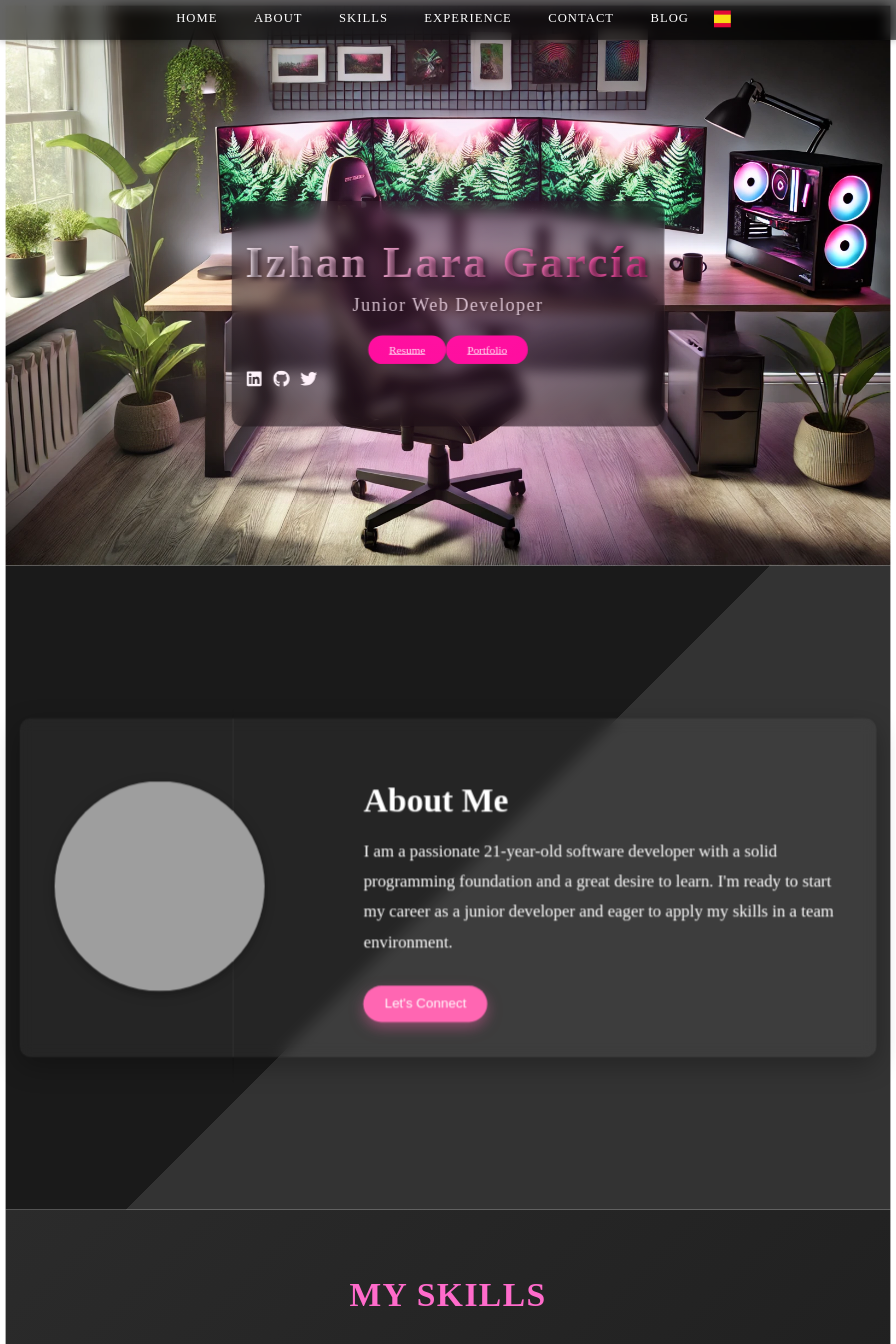
Repository: izhanlaraagarcia/izhanlaraagarcia.github.io
Page: / (app in vite-project/)
An editor plug-in stored every save of this project. The page is shown before and after the next save, followed by the edit.
The browser window is 1280 px wide. The pictures show the part of the page from y = 0 to 1920 px (the page is 3164 px tall), at 70% of full size.
Pictures or frames that could not be fetched are drawn as grey boxes. The project was rebuilt for these pictures with package versions that can differ from the ones it lists, and the page was loaded fresh each time. Also part of the build but not shown: vite-project/vite.config.js.

Above is the page before, as saved 2024-09-18 13:01:13.

### vite-project/index.html
<!doctype html>
<html lang="en">

<head>
  <meta charset="UTF-8" />
  <link rel="shortcut icon" href="./public/favicon.ico" type="image/x-icon">
  <meta name="viewport" content="width=device-width, initial-scale=1.0" />
  <title>IzzyLG</title>
</head>

<body>
  <div id="root"></div>
  <script type="module" src="/src/main.jsx"></script>
</body>

</html>

### vite-project/src/App.jsx
// App.js
import React, { useState } from 'react';
import HeaderComponent from './components/HeaderComponent';

function App() {
  const [language, setLanguage] = useState('en');

  const toggleLanguage = () => {
    setLanguage(prevLang => (prevLang === 'en' ? 'es' : 'en'));
  };
  return (
    <div className="App">
      <HeaderComponent onLanguageToggle={toggleLanguage} />
    </div>
  );
}

export default App;

### vite-project/src/index.css
/* Estilos para el menú de navegación minimalista */
.nav {
  position: fixed;
  top: 0;
  width: 100%;
  background-color: rgba(0, 0, 0, 0.6); /* Fondo semitransparente */
  z-index: 1000;
  display: flex;
  justify-content: center;
  padding: 15px 0; /* Aumenta el padding para mayor espacio */
  box-shadow: 0 2px 10px rgba(0, 0, 0, 0.3); /* Sombra para mayor profundidad */
  backdrop-filter: blur(10px); /* Desenfoque de fondo */
  transition: background-color 0.3s ease; /* Transición para el fondo */
}

/* Lista de navegación */
.nav-list {
  display: flex;
  gap: 20px; /* Espacio entre los elementos */
  list-style: none;
  margin: 0;
  padding: 0;
}

/* Elementos del menú */
.nav-list li {
  font-size: 18px;
  text-transform: uppercase;
  font-weight: 500;
  letter-spacing: 1.5px;
}

/* Enlaces del menú */
.nav-list a {
  color: white;
  text-decoration: none;
  padding: 8px 16px;
  border-radius: 25px; /* Bordes redondeados */
  transition: background-color 0.3s, color 0.3s, transform 0.3s; /* Transiciones suaves */
  position: relative;
}

/* Efecto hover minimalista */
.nav-list a:hover {
  background-color: #f09; /* Color de fondo al pasar el ratón */
  color: white;
  transform: translateY(-3px); /* Movimiento sutil al hacer hover */
  box-shadow: 0 5px 15px rgba(240, 9, 123, 0.4); /* Sombra al hacer hover */
}

/* Botón de cambio de idioma minimalista */
.lang-btn-wrapper {
  display: flex;
  align-items: center;
}

.lang-btn {
  background-color: transparent;
  border: none;
  cursor: pointer;
  padding: 0;
}

.flag-icon {
  width: 24px;
  height: 24px;
  transition: transform 0.3s, opacity 0.3s;
}

.lang-btn:hover .flag-icon {
  transform: scale(1.1);
  opacity: 0.8;
}

/* Efecto de aparición al hacer scroll */
.nav.scrolled {
  background-color: rgba(0, 0, 0, 0.9); /* Color más oscuro al hacer scroll */
  box-shadow: 0 4px 15px rgba(0, 0, 0, 0.5); /* Mayor sombra al hacer scroll */
}

/* Contenido principal del header */
.header {
  height: 100vh;
  background-image: url('./assets/fondo1.webp');
  background-size: cover;
  background-position: center;
  display: flex;
  flex-direction: column;
  align-items: center;
  justify-content: center;
  color: white;
  position: relative;
  padding-top: 80px; /* Deja espacio para el menú fijo */
}
/* Contenido principal del header */
.header-content {
  backdrop-filter: blur(10px); /* Ajusta el valor del desenfoque */
  background-color: rgba(0, 0, 0, 0.5); /* Color de fondo con transparencia */
  padding: 20px;
  border-radius: 15px; /* Opcional: bordes redondeados */
  text-align: center;
  padding: 50px 20px;
}

.header-title {
  font-size: 64px;
  margin: 0;
  font-weight: 800;
  letter-spacing: 4px;
  text-shadow: 3px 3px 8px rgba(0, 0, 0, 0.7);
  color: #fff;
  background: linear-gradient(90deg, #ffffff, #fa3c9b);
  -webkit-background-clip: text;
  -webkit-text-fill-color: transparent;
}

.header-subtitle {
  font-size: 26px;
  margin-top: 10px;
  font-weight: 400;
  letter-spacing: 2px;
  color: rgba(255, 255, 255, 0.8);
  text-shadow: 2px 2px 4px rgba(0, 0, 0, 0.5);
}


.contact-btn:hover {
  background-color: #ff6bcb;
  transform: scale(1.05);
}

/* Botones del portafolio */
.header-buttons {
  margin-top: 40px;
}


.btn {
  padding: 12px 30px;
  border: none;
  background-color: #f09;
  color: white;
  border-radius: 30px;
  font-size: 16px;
  transition: background-color 0.3s, transform 0.3s;
}

.btn:hover {
  background-color: white;
  color: #f09;
  transform: scale(1.05);
}

.social-icons a {
  font-size: 24px;
  color: white;
  transition: transform 0.3s;
}

.social-icons a {
  font-size: 28px;
  color: white;
  transition: color 0.4s, transform 0.3s;
}

.social-icons a:hover {
  transform: scale(1.1);
}
/*About */
.about-section {
  display: flex;
  justify-content: center;
  align-items: center;
  padding: 100px 20px;
  min-height: 100vh;
  background: linear-gradient(135deg, #1a1a1a 50%, #333 50%);
  color: #fff;
  position: relative;
}

.about-content {
  display: flex;
  align-items: center;
  justify-content: space-between;
  width: 100%;
  max-width: 1200px;
  padding: 50px;
  border-radius: 15px;
  background-color: rgba(255, 255, 255, 0.05);
  box-shadow: 0 12px 40px rgba(0, 0, 0, 0.3);
  backdrop-filter: blur(10px);
}

.profile-image-wrapper {
  flex: 0.5;
  padding-right: 50px;
}

.profile-image {
  width: 300px;
  height: 300px;
  border-radius: 50%;
  object-fit: cover;
  box-shadow: 0 4px 15px rgba(0, 0, 0, 0.3);
}

.about-text {
  flex: 1;
  padding-left: 50px;
}

.about-title {
  font-size: 3rem;
  margin-bottom: 20px;
}

.about-description {
  font-size: 1.5rem;
  line-height: 1.8;
  margin-bottom: 40px;
}

.contact-btn {
  padding: 15px 30px;
  background-color: #ff66b2;
  color: white;
  font-size: 1.2rem;
  border: none;
  border-radius: 30px;
  cursor: pointer;
  box-shadow: 0 8px 20px rgba(255, 102, 178, 0.4);
  transition: all 0.3s ease;
}

.section-decorator svg {
  position: absolute;
  bottom: 0;
  left: 0;
  width: 100%;
}


.social-icons {
  display: flex;
  margin-top: 20px;
}

.social-icons a {
  color: white;
  font-size: 24px;
  margin-right: 15px;
}


/* Skills */
.skills {
  background: linear-gradient(135deg, #2b2b2b, #1c1c1c);
  color: white;
  display: flex;
  flex-direction: column;
  justify-content: center;
  align-items: center;
  padding: 50px;
  height: 100vh; /* Ocupa toda la pantalla */
  text-align: center;
  overflow: hidden; /* Para prevenir scroll innecesario */
}

.skills-title {
  font-size: 48px;
  margin-bottom: 60px;
  color: #ff6bcb;
  text-transform: uppercase;
  letter-spacing: 2px;
  position: relative;
  z-index: 2;
  font-weight: bold;
}

.skill-bars {
  display: flex;
  flex-direction: column;
  gap: 40px;
  width: 100%;
  max-width: 800px;
  position: relative;
  z-index: 2;
}

.skill {
  display: flex;
  flex-direction: column;
  align-items: flex-start;
  width: 100%;
}

.skill-name {
  font-size: 22px;
  text-transform: uppercase;
  letter-spacing: 1.5px;
}

.bar {
  height: 25px;
  background: linear-gradient(90deg, #ff6bcb, #ff8f5e);
  border-radius: 15px;
  margin-top: 10px;
  transition: width 1.5s ease;
  box-shadow: 0 4px 15px rgba(255, 107, 203, 0.4);
}

.full-screen {
  height: 100vh;
}

.skill-name:hover {
  color: #ff6bcb;
  transform: translateX(10px);
  transition: transform 0.3s ease, color 0.3s ease;
}

/* Efecto visual de partículas en el fondo */
.skills::before {
  content: '';
  position: absolute;
  top: 0;
  left: 0;
  width: 100%;
  height: 100%;
  background: radial-gradient(circle at 50% 50%, rgba(255, 107, 203, 0.2), rgba(28, 28, 28, 0) 70%);
  z-index: 1;
}


/* Experience */
.experience {
  background-color: #292929;
  color: white;
  text-align: center;
  padding: 80px 20px;
  position: relative;
  overflow: hidden;
}

.experience-title {
  font-size: 48px;
  margin-bottom: 50px;
  text-transform: uppercase;
  color: #ff6bcb;
  position: relative;
  z-index: 2;
}

.experience-cards {
  display: flex;
  justify-content: center;
  flex-wrap: wrap;
  gap: 30px;
}

.card {
  background-color: #444;
  padding: 25px;
  border-radius: 12px;
  width: 250px;
  height: 200px;
  display: flex;
  flex-direction: column;
  align-items: center;
  justify-content: center;
  text-align: center;
  transition: transform 0.3s, background-color 0.3s;
  box-shadow: 0 10px 20px rgba(0, 0, 0, 0.3);
}

.card:hover {
  background-color: #ff6bcb;
  transform: translateY(-10px);
  box-shadow: 0 20px 30px rgba(255, 107, 203, 0.4);
}

.company-name {
  font-size: 20px;
  font-weight: bold;
  color: #fff;
  margin-bottom: 10px;
}

.role, .duration {
  font-size: 16px;
  color: rgba(255, 255, 255, 0.7);
}

.experience-icon {
  font-size: 36px;
  color: #ff6bcb;
  margin-bottom: 15px;
}

@media (max-width: 768px) {
  .experience-cards {
    flex-direction: column;
    align-items: center;
  }
}

/* Footer */
.footer {
  background-color: #1a1a1a;
  color: white;
  padding: 60px 20px;
  position: relative;
}

.footer-content {
  display: flex;
  justify-content: space-between;
  flex-wrap: wrap;
  max-width: 1200px;
  margin: 0 auto;
}

.contact-info, .contact-form, .social-links {
  flex: 1;
  min-width: 250px;
  margin-bottom: 20px;
}

.contact-info h3, .contact-form h3, .social-links h3 {
  font-size: 24px;
  margin-bottom: 20px;
  color: #ff6bcb;
}

.contact-info p {
  font-size: 18px;
  margin: 10px 0;
}

.contact-form form {
  display: flex;
  flex-direction: column;
}

.contact-form input,
.contact-form textarea {
  padding: 10px;
  margin-bottom: 15px;
  border: none;
  border-radius: 5px;
  font-size: 16px;
  outline: none;
  background-color: #333;
  color: white;
}

.contact-form textarea {
  height: 150px;
  resize: none;
}

.submit-btn {
  background-color: #ff6bcb;
  color: white;
  padding: 15px;
  border: none;
  border-radius: 5px;
  cursor: pointer;
  font-size: 16px;
  transition: background-color 0.3s, transform 0.3s;
}

.submit-btn:hover {
  background-color: #ff8f5e;
}

.social-links {
  display: flex;
  align-items: center;
  gap: 15px;
  justify-content: center;
}

.social-links a {
  font-size: 28px;
  color: white;
  transition: color 0.3s, transform 0.3s;
}

.social-links a:hover {
  color: #ff6bcb;
}

.footer-bottom {
  text-align: center;
  margin-top: 40px;
  font-size: 16px;
  color: rgba(255, 255, 255, 0.7);
}

.footer-bottom p {
  margin: 0;
}

@media (max-width: 768px) {
  .footer-content {
    flex-direction: column;
    align-items: center;
    text-align: center;
  }

  .contact-info, .contact-form, .social-links {
    max-width: 100%;
  }
}

### vite-project/src/components/AboutComponent.jsx
import React from 'react';
import { motion } from 'framer-motion';

// Variantes de animación para un efecto impresionante
const containerVariants = {
  hidden: { opacity: 0, y: 100 },
  visible: {
    opacity: 1,
    y: 0,
    transition: { duration: 1.2, ease: "easeOut", when: "beforeChildren", staggerChildren: 0.3 }
  },
};

const textVariants = {
  hidden: { opacity: 0, y: 20 },
  visible: { opacity: 1, y: 0, transition: { duration: 1, ease: "easeOut" } }
};

const buttonVariants = {
  hover: {
    scale: 1.1,
    backgroundColor: "#ff66b2",
    transition: { duration: 0.3, yoyo: Infinity }
  }
};

const AboutComponent = ({ language }) => {
  const translations = {
    en: {
      title: "About Me",
      description: "I am a passionate 21-year-old software developer with a solid programming foundation and a great desire to learn. I'm ready to start my career as a junior developer and eager to apply my skills in a team environment.",
      button: "Let's Connect",
    },
    es: {
      title: "Sobre Mí",
      description: "Soy un apasionado desarrollador de software de 21 años con una sólida base en programación y un gran deseo de aprender. Estoy listo para comenzar mi carrera como desarrollador junior y aplicar mis habilidades en un entorno de equipo.",
      button: "Conectemos",
    },
  };

  const t = translations[language] || translations['en'];

  return (
    <section id="about" className="about-section">
      <motion.div
        className="about-content"
        variants={containerVariants}
        initial="hidden"
        animate="visible"
      >
        <motion.div
          className="profile-image-wrapper"
          whileHover={{ scale: 1.05, rotate: 3 }}
          transition={{ duration: 0.6, ease: "easeOut" }}
        >
          <img
            src="https://fiverr-res.cloudinary.com/images/t_main1,q_auto,f_auto,q_auto,f_auto/gigs/343888962/original/6390876df1dceff78be91e8b27e84e33a85e5248/design-animated-discord-pfp-banner-avatar-and-icon.jpg"
            alt="Profile"
            className="profile-image"
          />
        </motion.div>

        <motion.div className="about-text" variants={textVariants}>
          <h2 className="about-title">{t.title}</h2>
          <p className="about-description">{t.description}</p>

          <motion.button
            className="contact-btn"
            variants={buttonVariants}
            whileHover="hover"
          >
            {t.button}
          </motion.button>
        </motion.div>
      </motion.div>
    </section>
  );
};

export default AboutComponent;

### vite-project/src/components/SkillsComponent.jsx
import React from 'react';
import { motion } from 'framer-motion';

const SkillsComponent = ({ language }) => {
  // Traducciones para los títulos y habilidades
  const translations = {
    en: {
      title: 'My Skills',
      skills: [
        { name: 'Problem Solving', level: '90%' },
        { name: 'Communication', level: '85%' },
        { name: 'Work under Pressure', level: '80%' },
        { name: 'Technical Knowledge', level: '75%' },
        { name: 'Continuous Learning', level: '85%' },
        { name: 'Teamwork', level: '80%' },
      ],
    },
    es: {
      title: 'Mis Habilidades',
      skills: [
        { name: 'Resolución de problemas', level: '90%' },
        { name: 'Comunicación', level: '85%' },
        { name: 'Trabajo bajo presión', level: '80%' },
        { name: 'Conocimiento técnico', level: '75%' },
        { name: 'Aprendizaje continuo', level: '85%' },
        { name: 'Trabajo en equipo', level: '80%' },
      ],
    },
  };

  const t = translations[language] || translations.en; // Traducción en función del idioma

  const containerVariants = {
    hidden: { opacity: 0 },
    visible: {
      opacity: 1,
      transition: { staggerChildren: 0.2, delayChildren: 0.5 },
    },
  };

  const barVariants = {
    hidden: { width: '0%' },
    visible: (level) => ({
      width: level,
      transition: { duration: 2, type: 'spring', stiffness: 100 },
    }),
  };

  return (
    <motion.section
      id="skills"
      className="skills full-screen"
      initial="hidden"
      animate="visible"
      variants={containerVariants}
    >
      <motion.h3
        className="skills-title"
        initial={{ scale: 0 }}
        animate={{ scale: 1 }}
        transition={{ type: 'spring', stiffness: 200, duration: 1.5 }}
      >
        {t.title} {/* Título en función del idioma */}
      </motion.h3>

      <div className="skill-bars">
        {t.skills.map((skill, idx) => (
          <div key={idx} className="skill">
            <motion.span
              className="skill-name"
              initial={{ opacity: 0, y: -50 }}
              animate={{ opacity: 1, y: 0 }}
              transition={{ duration: 1, ease: 'easeOut' }}
            >
              {skill.name} {/* Nombre de la habilidad traducida */}
            </motion.span>
            <motion.div
              className="bar"
              custom={skill.level}
              variants={barVariants}
              initial="hidden"
              animate="visible"
            />
          </div>
        ))}
      </div>
    </motion.section>
  );
};

export default SkillsComponent;

### vite-project/src/components/FooterComponent.jsx
import React from 'react';
import { motion } from 'framer-motion';
import { FaEnvelope, FaPhone, FaLinkedin, FaGithub } from 'react-icons/fa';

const FooterComponent = ({ language }) => {
  // Traducciones para el footer
  const translations = {
    en: {
      contactTitle: "Contact Me",
      location: "Izhan Lara García | Palma de Mallorca",
      email: "Email: izhanlara@gmail.com",
      phone: "Phone: +34 672 486 479",
      messageTitle: "Send a Message",
      followTitle: "Follow Me",
    },
    es: {
      contactTitle: "Contáctame",
      location: "Izhan Lara García | Palma de Mallorca",
      email: "Correo Electrónico: izhanlara@gmail.com",
      phone: "Teléfono: +34 672 486 479",
      messageTitle: "Envíame un Mensaje",
      followTitle: "Sígueme",
    },
  };

  const t = translations[language] || translations.en; // Traducción en función del idioma

  return (
    <motion.footer
      id="footer"
      className="footer"
      initial={{ opacity: 0 }}
      whileInView={{ opacity: 1 }}
      transition={{ duration: 1 }}
    >
      <div className="footer-content">
        <div className="contact-info">
          <h3>{t.contactTitle}</h3>
          <p>{t.location}</p>
          <p><FaEnvelope /> {t.email}</p>
          <p><FaPhone /> {t.phone}</p>
        </div>

        <div className="contact-form">
          <h3>{t.messageTitle}</h3>
          <form>
            <input type="text" placeholder={language === 'en' ? "Your Name" : "Tu Nombre"} required />
            <input type="email" placeholder={language === 'en' ? "Your Email" : "Tu Correo Electrónico"} required />
            <textarea placeholder={language === 'en' ? "Your Message" : "Tu Mensaje"} required></textarea>
            <motion.button
              type="submit"
              whileHover={{ scale: 1.05 }}
              transition={{ duration: 0.3 }}
              className="submit-btn"
            >
              {language === 'en' ? "Send" : "Enviar"}
            </motion.button>
          </form>
        </div>

        <div className="social-links">
          <h3>{t.followTitle}</h3>
          <motion.a
            whileHover={{ scale: 1.2 }}
            transition={{ duration: 0.3 }}
            href="https://linkedin.com"
            aria-label="LinkedIn"
          >
            <FaLinkedin />
          </motion.a>
          <motion.a
            whileHover={{ scale: 1.2 }}
            transition={{ duration: 0.3 }}
            href="https://github.com"
            aria-label="GitHub"
          >
            <FaGithub />
          </motion.a>
        </div>
      </div>

      <div className="footer-bottom">
        <p>&copy; {new Date().getFullYear()} Izhan Lara García</p>
      </div>
    </motion.footer>
  );
};

export default FooterComponent;

Loaded but not shown: vite-project/src/main.jsx (common file); vite-project/src/components/HeaderComponent.jsx (144 lines, source omitted)

After the next save:
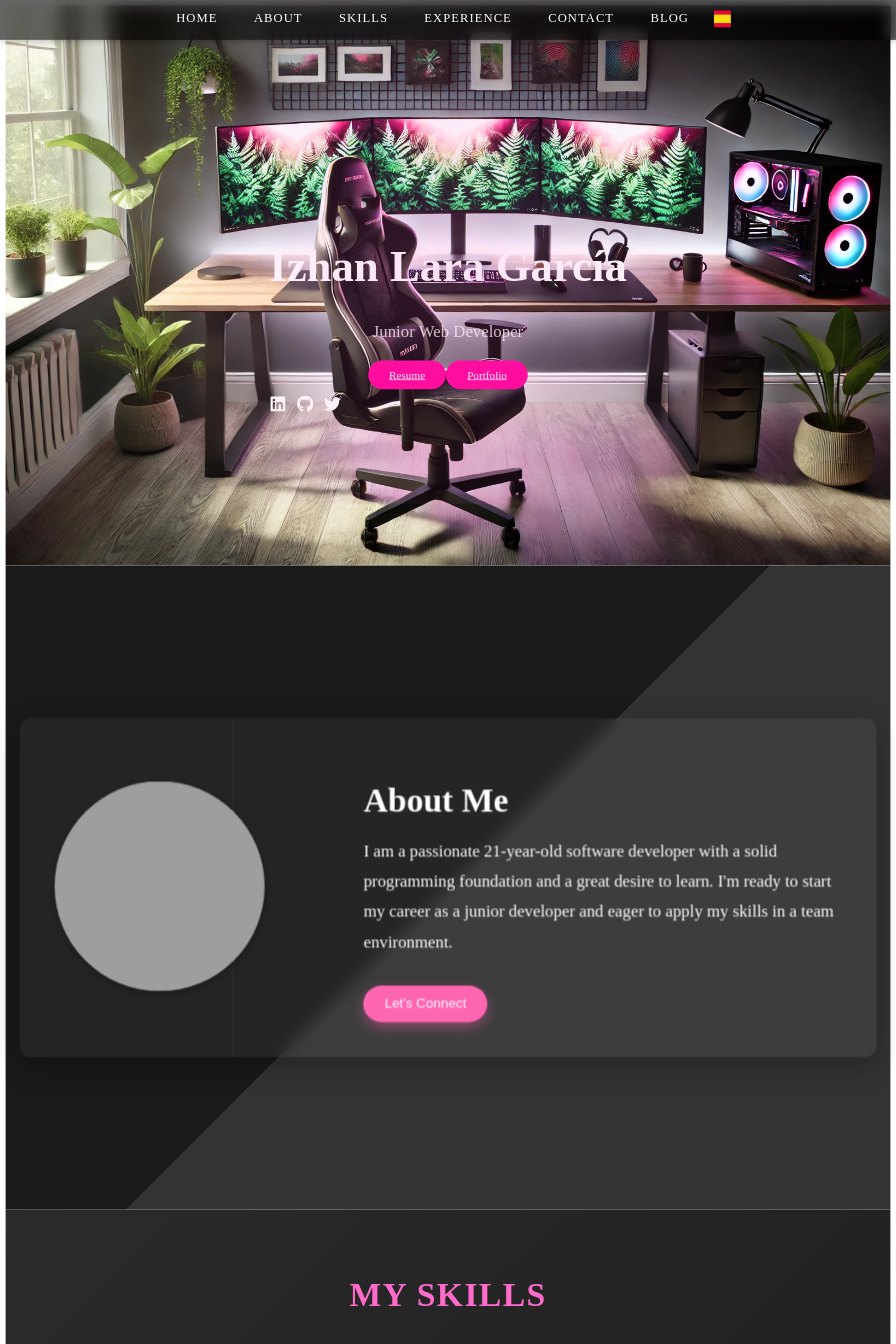
Saved 20 s later.
--- a/vite-project/src/index.css
+++ b/vite-project/src/index.css
@@ -93,34 +93,21 @@
   padding-top: 80px; /* Deja espacio para el menú fijo */
 }
 /* Contenido principal del header */
+
 .header-content {
-  backdrop-filter: blur(10px); /* Ajusta el valor del desenfoque */
-  background-color: rgba(0, 0, 0, 0.5); /* Color de fondo con transparencia */
-  padding: 20px;
-  border-radius: 15px; /* Opcional: bordes redondeados */
   text-align: center;
-  padding: 50px 20px;
+  padding: 100px 20px;
 }
 
 .header-title {
   font-size: 64px;
-  margin: 0;
-  font-weight: 800;
-  letter-spacing: 4px;
-  text-shadow: 3px 3px 8px rgba(0, 0, 0, 0.7);
-  color: #fff;
-  background: linear-gradient(90deg, #ffffff, #fa3c9b);
-  -webkit-background-clip: text;
-  -webkit-text-fill-color: transparent;
+  color: white;
+  font-weight: bold;
 }
 
 .header-subtitle {
-  font-size: 26px;
-  margin-top: 10px;
-  font-weight: 400;
-  letter-spacing: 2px;
+  font-size: 24px;
   color: rgba(255, 255, 255, 0.8);
-  text-shadow: 2px 2px 4px rgba(0, 0, 0, 0.5);
 }
 
 
